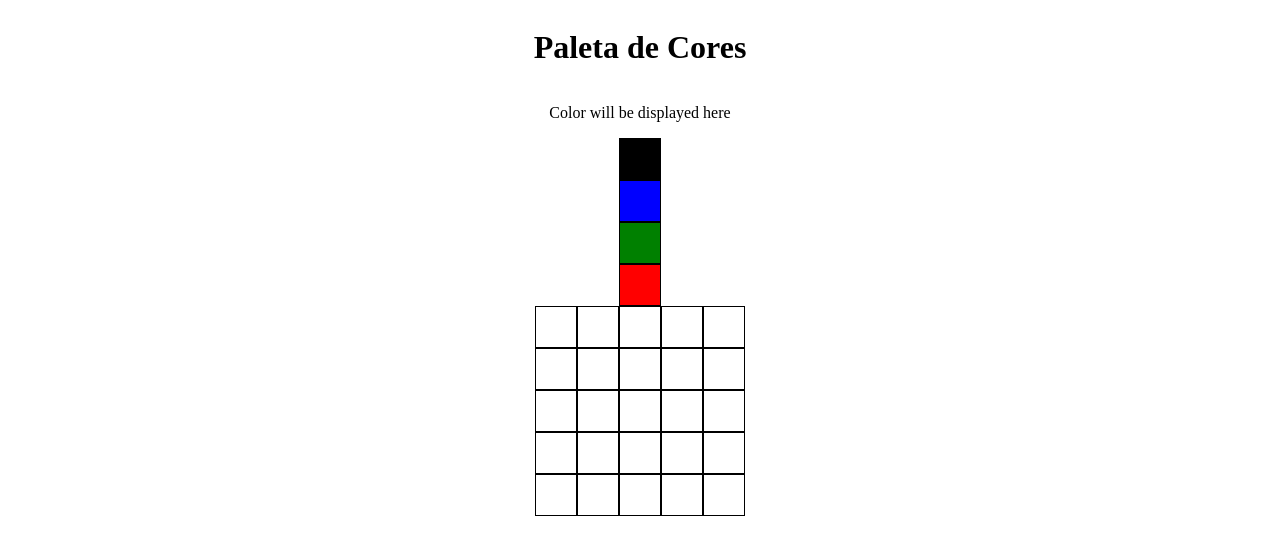
Repository: MuriloColleti/project-Pixer-Art
Page: index.html
The author's editor kept a copy of each file at every save. The page is drawn from the files as they stood at one save, then again after the next save.
The browser window is 1280 px wide. The pictures show the whole page.

Above is the page before, as saved 2024-02-16 15:09:13.

### index.html
<!DOCTYPE html>
<html lang="en">
<head>
    <meta charset="UTF-8">
    <meta name="viewport" content="width=device-width, initial-scale=1.0">
    <link rel="stylesheet" href="style.css">
    <title>Paleta de Cores</title>
</head>

<body>
    <header> <h1 id="title"> Paleta de Cores </h1> </header>

    <p id="colorDisplay">Color will be displayed here</p>

<div id="pallet-container">
    <div class="square black color"></div>
    <div class="square blue color"></div>
    <div class="square green color"></div>
    <div class="square red color"></div>
</div>
    <main id="pixel-board"></main>

</body>

<script src="script.js" defer></script>

</html>

### style.css
.black {
  background-color: black;
}

.blue {
  background-color: blue;
}

.red {
  background-color: red;
}

.green {
  background-color: green;
}

.square {
  width: 40px;
  height: 40px;
  border: 1px solid black;
}

#color-palette {
  display: flex;
  margin-bottom: 1rem;
}

.pixel {
  width: 40px;
  height: 40px;
  border: 1px solid black;
  display: flex;
  background-color: white;
}

#pixel-board {
  display: flex;
  flex-direction: column;
  justify-content: center;

}

.line {
  display: flex;
}

body {
  display: flex;
  align-items: center;
  flex-direction: column;
  justify-content: center;
}

### script.js
const pixeltable = document.getElementById('pixel-board');
const colorPallet = document.getElementById('pallet-container')
let currentColor = 'black';

const colorElements = document.querySelectorAll('.color');
const colorDisplay = document.getElementById('colorDisplay');


for (linha = 0; linha < 5; linha += 1) {

    let newLine = document.createElement('div')
    newLine.classList.add('line')
    pixeltable.appendChild(newLine);

    for (pixel = 0; pixel < 5; pixel += 1) {
        let newPixel = document.createElement('div')
        newPixel.classList.add('pixel')
        newPixel.addEventListener('click', paintPixel);
        newLine.appendChild(newPixel)
    }
}

colorElements.forEach((colorElement) => {
    colorElement.addEventListener('click', (event) => {
        const backgroundColor = getComputedStyle(event.target).backgroundColor;

        colorDisplay.textContent = `Color: ${backgroundColor}`

        currentColor = backgroundColor
    });
});



function paintPixel(event) {
    event.target.style.backgroundColor = currentColor;
}

After the next save:
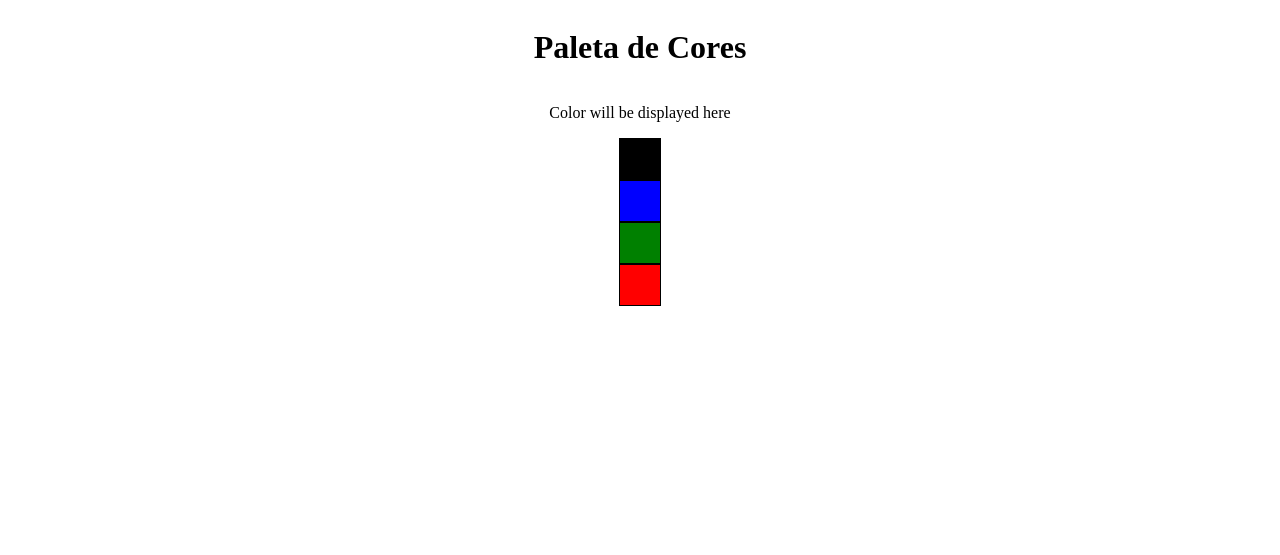
Console error: TypeError: Cannot read properties of null (reading 'addEventListener')
Saved 60 s later.
--- a/script.js
+++ b/script.js
@@ -1,37 +1,121 @@
-const pixeltable = document.getElementById('pixel-board');
-const colorPallet = document.getElementById('pallet-container')
-let currentColor = 'black';
+// Criançao de Tabela pixel
+
+const pixelTable = document.getElementById('pixel-board');
+const tableConfig = {
+  height: 5,
+  selectedColor: 'black',
+};
+
+// modificação tamanho da tabela
+
+const sizeInput = document.getElementById('board-size');
+const generetBoard = document.getElementById('generate-board');
+const clearBoard = document.getElementById('clear-board');
+
+// Add color pixel
+
+const colorDisplay = document.getElementById('colorDisplay');
+
+// Generete Color palette randon
+const paletteTable = document.getElementById('color-palette');
+
+const randomBetween = (min, max) => min + Math.floor(Math.random() * (max - min + 1));
+
+function paintPixel(event) {
+  const { target } = event;
+
+  target.style.backgroundColor = tableConfig.selectedColor;
+}
+
+function verifBoard() {
+  if (tableConfig.height < 5) {
+    tableConfig.height = 5;
+  }
+
+  if (tableConfig.height > 50) {
+    tableConfig.height = 50;
+  }
+}
+
+function createBoard() {
+  pixelTable.innerHTML = '';
+
+  verifBoard();
+
+  for (let linha = 0; linha < tableConfig.height; linha += 1) {
+    const newLine = document.createElement('div');
+    newLine.classList.add('line');
+    pixelTable.appendChild(newLine);
+
+    for (let pixel = 0; pixel < tableConfig.height; pixel += 1) {
+      const newPixel = document.createElement('div');
+      newPixel.classList.add('pixel');
+      newPixel.addEventListener('click', paintPixel);
+      newLine.appendChild(newPixel);
+    }
+  }
+}
+
+generetBoard.addEventListener('click', () => {
+  if (!sizeInput.value.trim()) {
+    return window.alert('Board Invalido!');
+  }
+
+  tableConfig.height = parseInt(sizeInput.value, 10);
+
+  if (tableConfig.height === 0) {
+    window.alert('Board Invalido!');
+  }
+
+  console.log(tableConfig);
+
+  createBoard();
+});
+
+clearBoard.addEventListener('click', () => {
+  pixelTable.innerHTML = '';
+
+  createBoard();
+});
+
+createBoard();
+
+function addColor() {
+  const r = randomBetween(0, 255);
+  const g = randomBetween(0, 255);
+  const b = randomBetween(0, 255);
+  const rgb = `rgb(${r},${g},${b})`;
+
+  return rgb;
+}
+
+function paletteColor() {
+  for (let palette = 1; palette <= 9; palette += 1) {
+    const newPalette = document.createElement('div');
+    newPalette.classList.add('square', 'rgb', 'color');
+    newPalette.style.backgroundColor = addColor();
+    paletteTable.appendChild(newPalette);
+  }
+}
+
+paletteColor();
 
 const colorElements = document.querySelectorAll('.color');
-const colorDisplay = document.getElementById('colorDisplay');
-
-
-for (linha = 0; linha < 5; linha += 1) {
-
-    let newLine = document.createElement('div')
-    newLine.classList.add('line')
-    pixeltable.appendChild(newLine);
-
-    for (pixel = 0; pixel < 5; pixel += 1) {
-        let newPixel = document.createElement('div')
-        newPixel.classList.add('pixel')
-        newPixel.addEventListener('click', paintPixel);
-        newLine.appendChild(newPixel)
-    }
-}
 
 colorElements.forEach((colorElement) => {
-    colorElement.addEventListener('click', (event) => {
-        const backgroundColor = getComputedStyle(event.target).backgroundColor;
+  colorElement.addEventListener('click', (event) => {
+    const { backgroundColor } = getComputedStyle(event.target);
 
-        colorDisplay.textContent = `Color: ${backgroundColor}`
+    colorDisplay.textContent = `Color: ${backgroundColor}`;
 
-        currentColor = backgroundColor
-    });
+    tableConfig.selectedColor = backgroundColor;
+    console.log(colorElements);
+
+    colorElements.forEach(
+
+      (element) => element.classList.remove('selected'),
+    );
+
+    colorElement.classList.add('selected');
+  });
 });
-
-
-
-function paintPixel(event) {
-    event.target.style.backgroundColor = currentColor;
-}
